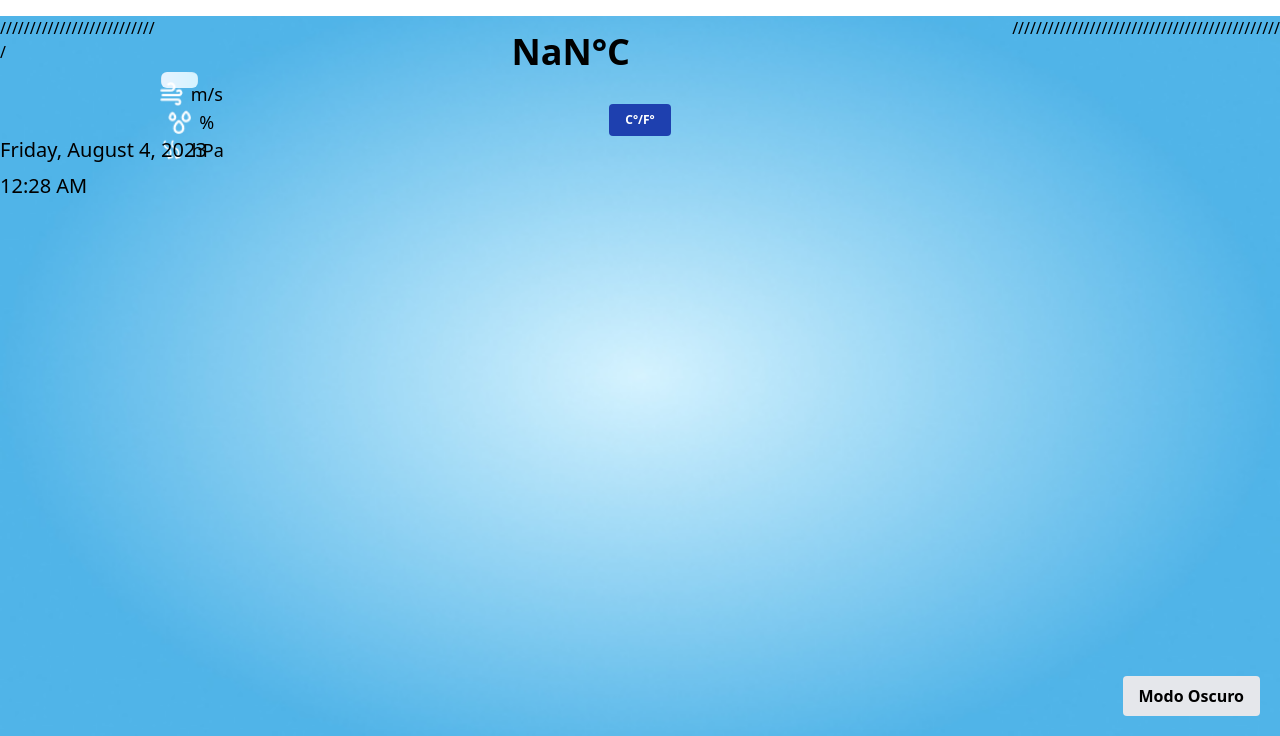
Repository: LukasMoyano/WeatherApp-_-LukasMoyano-_-V-_4.0_6.6.6
Page: /
The author's editor kept a copy of each file at every save. The page is drawn from the files as they stood at one save, then again after the next save.
The browser window is 1280 px wide. The pictures show the whole page.
The page's requests for data from a server got no answer. The project was rebuilt for these pictures with package versions that can differ from the ones it lists, and the page was loaded fresh each time. No one was signed in, and anything a server would have sent is missing. Also part of the build but not shown: vite.config.js.

Above is the page before, as saved 2023-08-06 23:34:45.

After the next save:
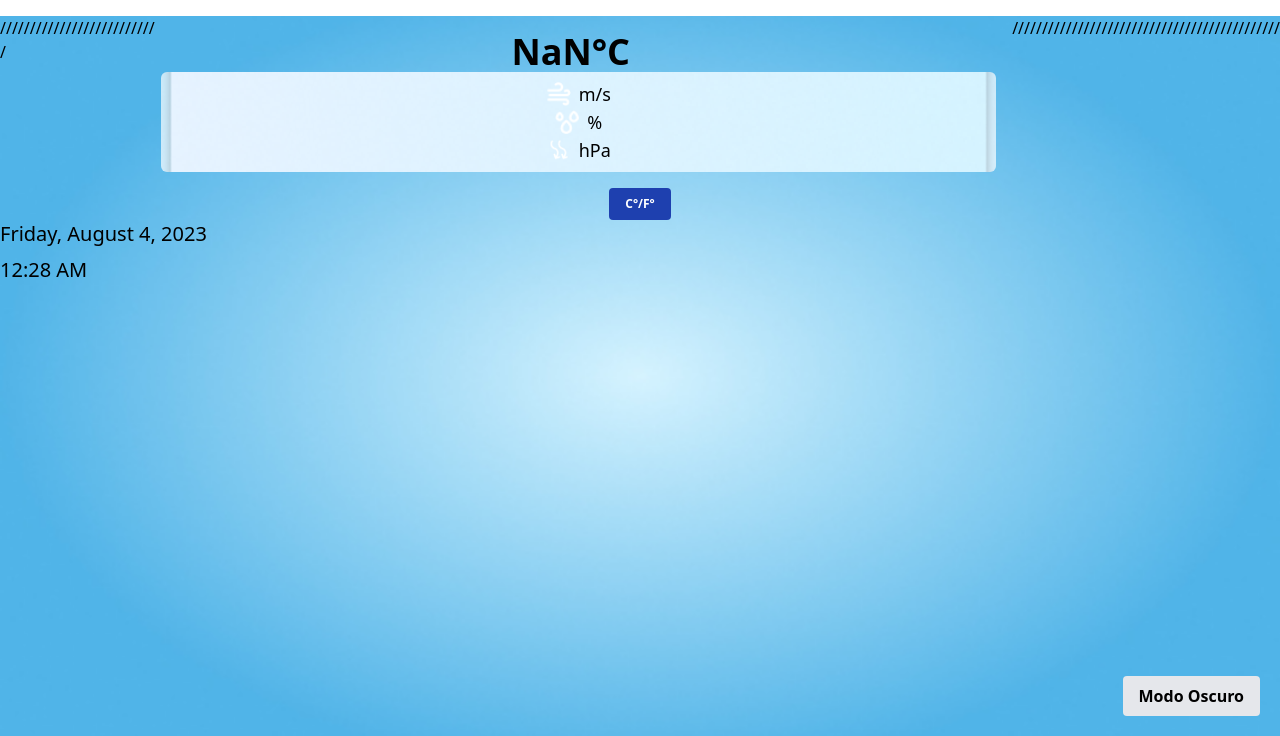
Saved 24 s later.
--- a/src/components/Weather.jsx
+++ b/src/components/Weather.jsx
@@ -87,8 +87,6 @@ const Weather = ({ weatherInfo, isDarkMode }) => {
       })`,
       backgroundSize: "cover",
       backgroundPosition: "center",
-      width: "37px",
-      height: "11px",
     }}
   >
 
